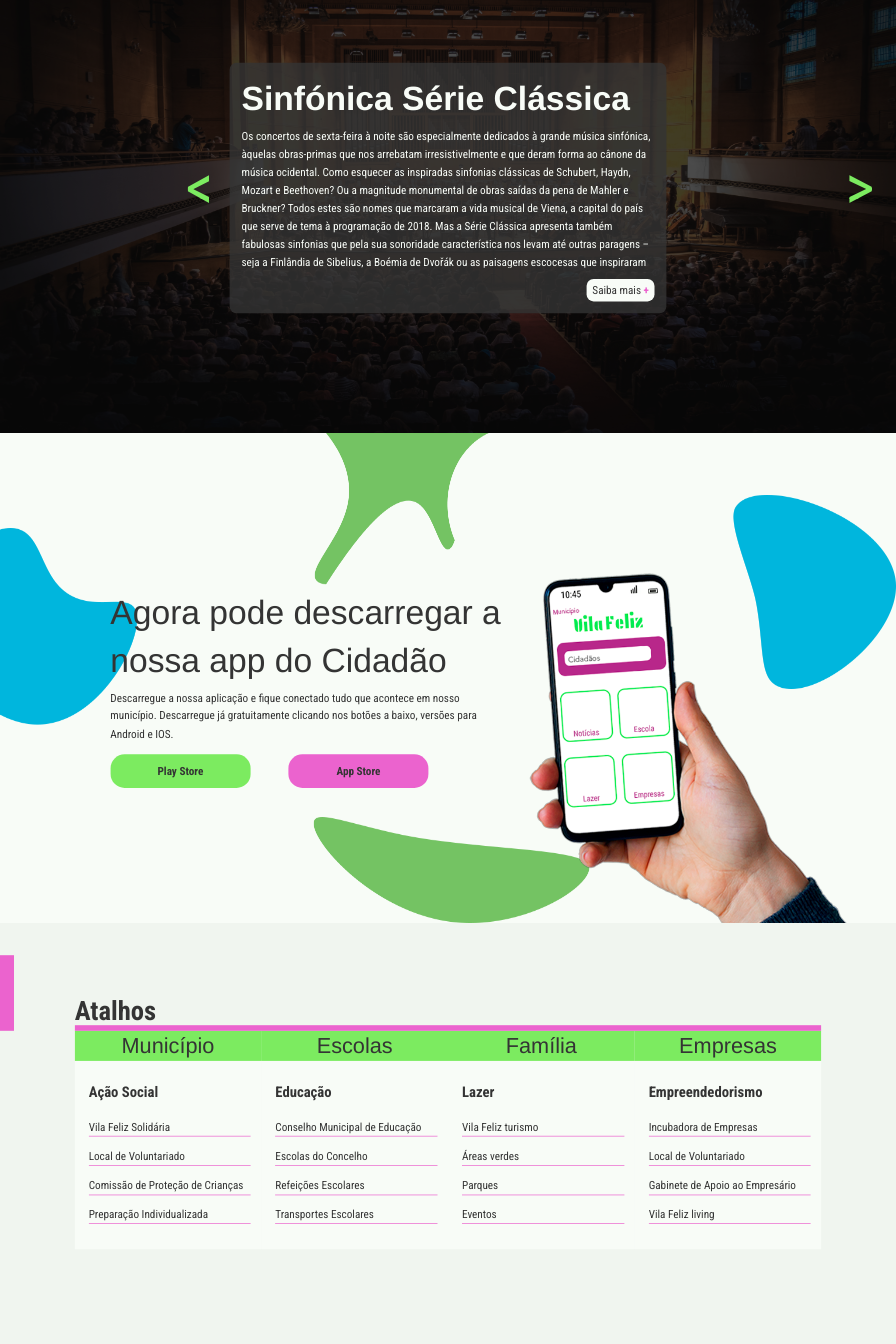
Repository: Goulart94/CmVilaFeliz
Page: index.html
An editor plug-in stored every save of this project. The page is shown before and after the next save, followed by the edit.
The browser window is 1280 px wide. The pictures show the part of the page from y = 941 to 2861 px (the page is 5060 px tall), at 70% of full size.
The style sheet was rebuilt from its Sass, Less or Tailwind sources for each picture, by a compiler version that may differ from the author's.

Above is the page before, as saved 2022-05-16 12:26:44.

After the next save:
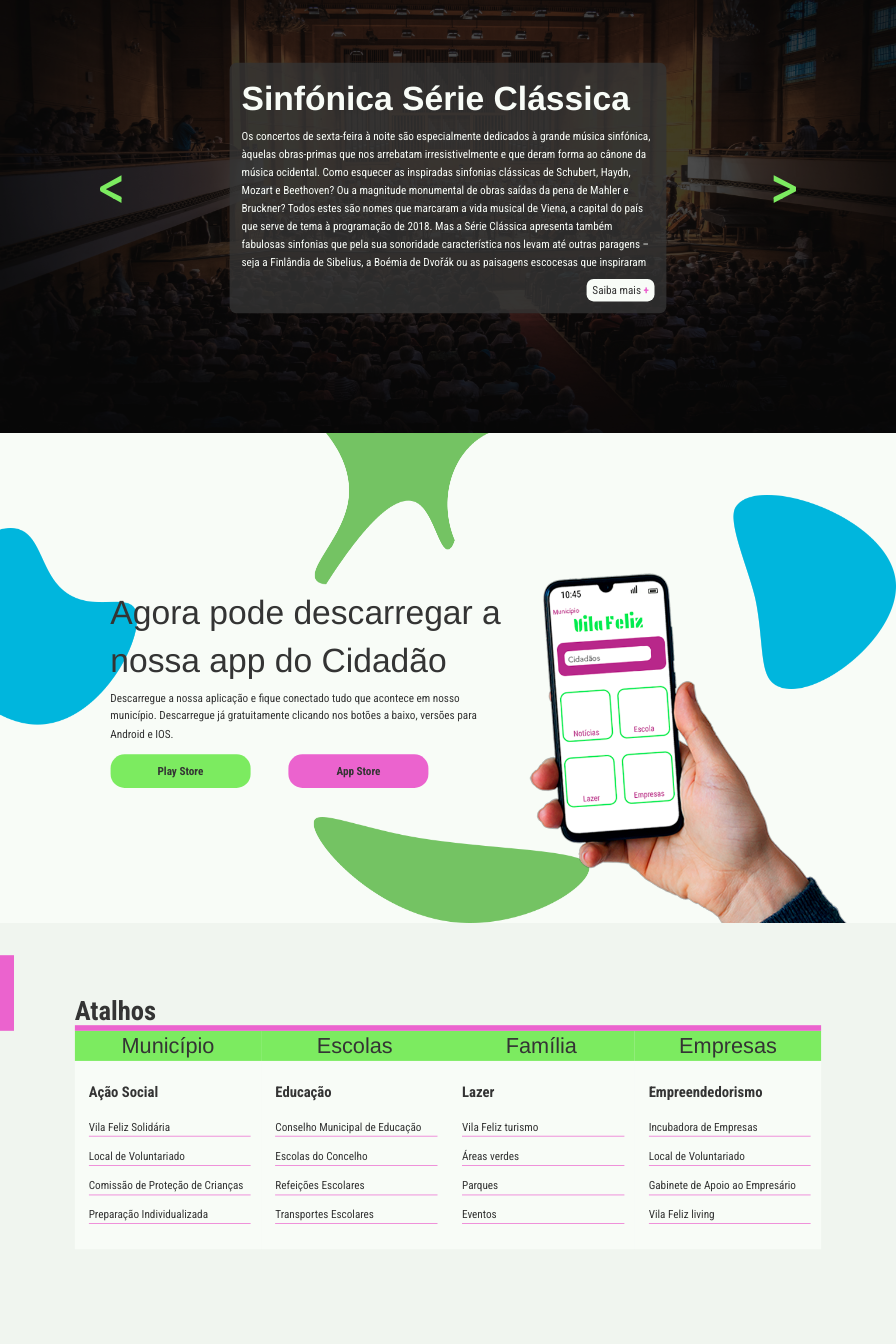
Saved 4 s later.
--- a/css/app.scss
+++ b/css/app.scss
@@ -470,7 +470,7 @@ body {
   margin: 0;
 
 }
-.buttomSlider {
+.buttomNextSlider {
   font-size: 90px;
   color: var(--green-300);
   float:right;
